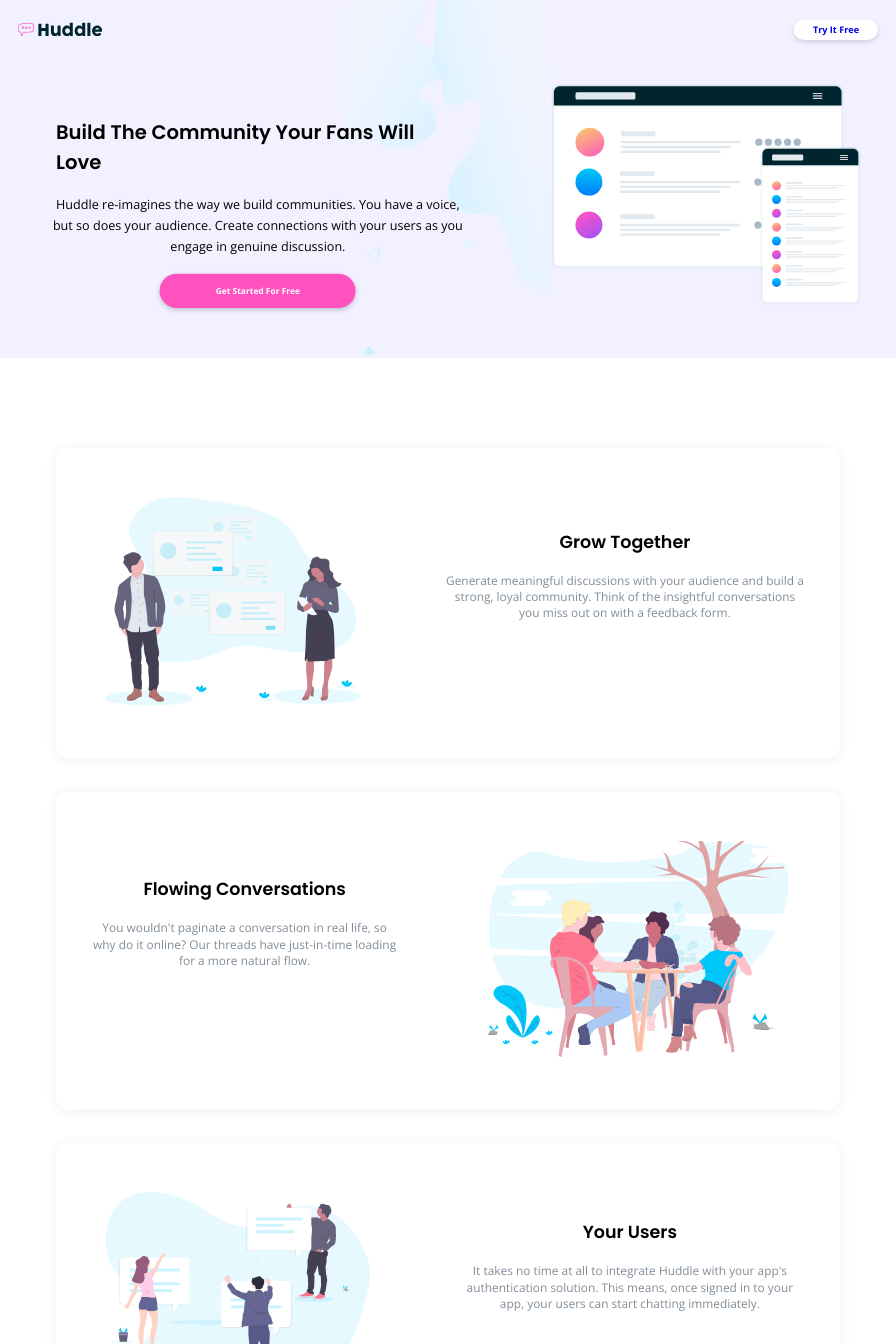
Repository: DejV44/Huddle-landing-page
Page: index.html
An editor plug-in stored every save of this project. The page is shown before and after the next save, followed by the edit.
The browser window is 1280 px wide. The pictures show the part of the page from y = 0 to 1920 px (the page is 3156 px tall), at 70% of full size.
The style sheet was rebuilt from its Sass, Less or Tailwind sources for each picture, by a compiler version that may differ from the author's.

Above is the page before, as saved 2021-08-21 22:42:55.

After the next save:
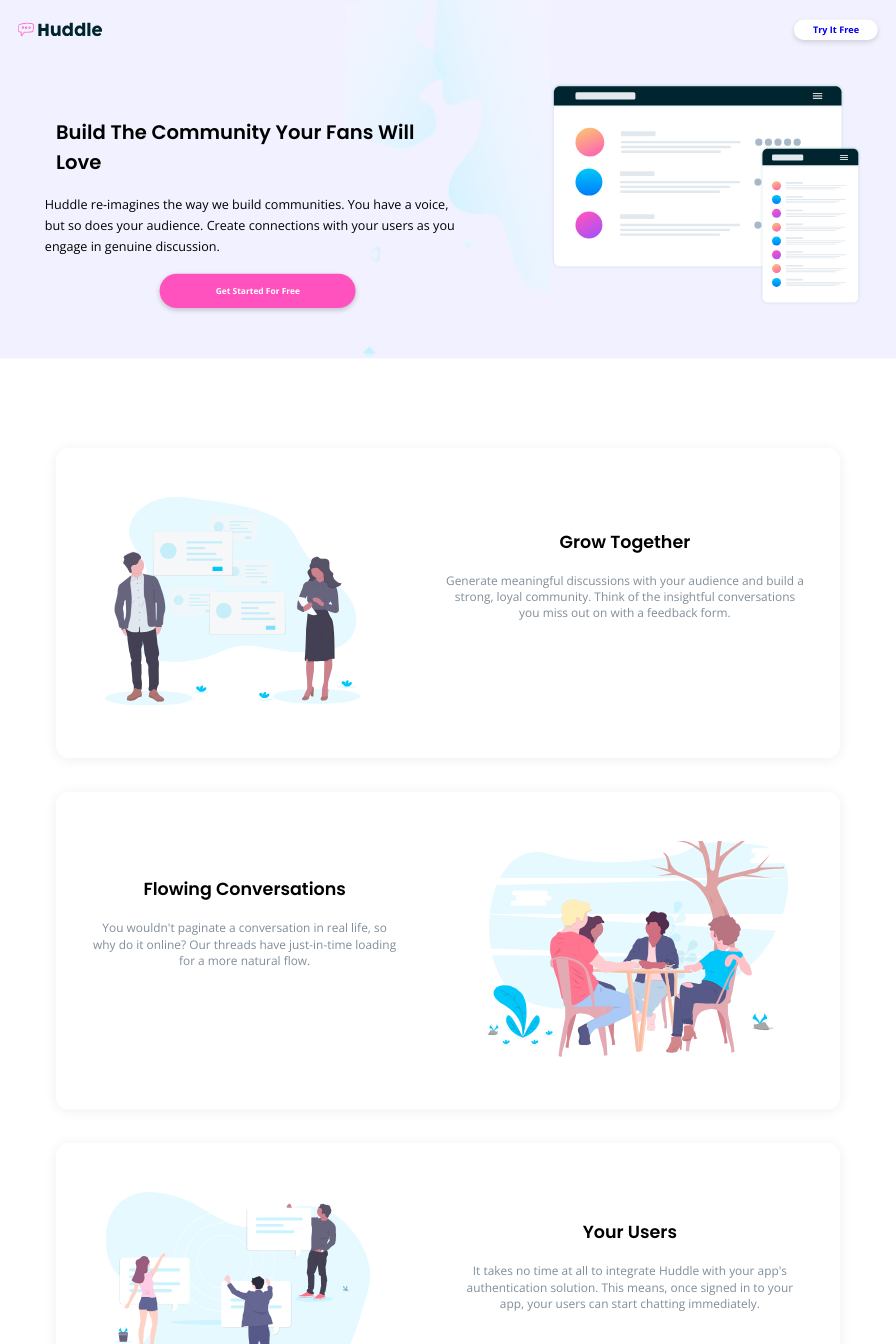
Saved 20 s later.
--- a/css/_header.scss
+++ b/css/_header.scss
@@ -99,6 +99,9 @@ header {
                 text-align: left;
                 padding-left: 0;
             }
+            h3 {
+                text-align: left;
+            }
         }
     }
 }
